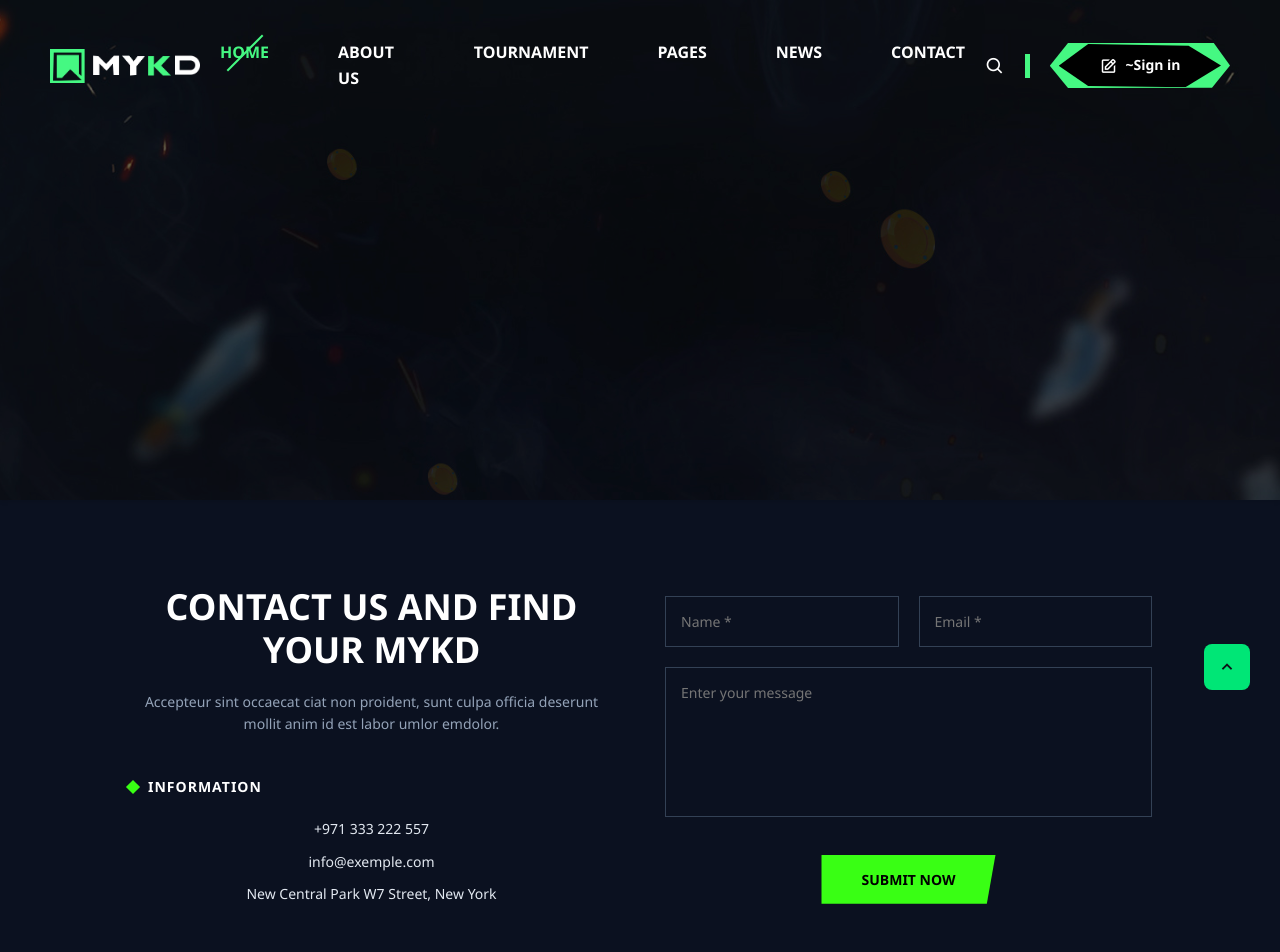
Repository: elfahl52/-MYKD-eSport-and-Gaming
Page: contact.html
An editor plug-in stored every save of this project. The page is shown before and after the next save, followed by the edit.
The browser window is 1280 px wide. The pictures show the part of the page from y = 0 to 952 px (the page is 1882 px tall).
Some web fonts or font styles are not loaded; a fallback is used.

Above is the page before, as saved 2026-06-11 08:16:21.

### contact.html
<!DOCTYPE html>
<html lang="en">

<head>
    <meta charset="UTF-8">
    <meta name="viewport" content="width=device-width, initial-scale=1.0">
    <title>Document</title>
    <!-- Preconnect for performance -->
    <link rel="preconnect" href="https://fonts.googleapis.com">
    <link rel="preconnect" href="https://fonts.gstatic.com" crossorigin>

    <!-- Fonts -->
    <link
        href="https://fonts.googleapis.com/css2?family=Barlow:ital,wght@0,100;0,200;0,300;0,400;0,500;0,600;0,700;0,800;0,900;1,100;1,200;1,300;1,400;1,500;1,600;1,700;1,800;1,900&family=Josefin+Sans:ital,wght@0,100..700;1,100..700&family=Poppins:wght@300;400;500;600;700&display=swap"
        rel="stylesheet">
    <link href="https://fonts.cdnfonts.com/css/berlin-sans-fb-demi" rel="stylesheet">

    <!-- Icons -->
    <link href='https://unpkg.com/boxicons@2.1.4/css/boxicons.min.css' rel='stylesheet'>
    <link rel="stylesheet" href="https://cdnjs.cloudflare.com/ajax/libs/font-awesome/6.5.1/css/all.min.css">

    <!-- Styles -->
    <link rel="stylesheet" href="css/style.css">
    <link rel="stylesheet" href="css/contact.css">
</head>

<body>


    <!-- start header -->
    <header>
        <!-- start nav -->
        <nav>
            <div class="logo">
                <img src="img/logo/logo.png" alt="Gaming Logo">
            </div>

            <ul class="nav-links">
                <li class="has-dropdown">
                    <a href="#" class="active">HOME</a>
                    <div class="dropDown">
                        <div>
                            <a href="#" class="active">
                                <article></article>
                                <span>HOME ONE</span>
                            </a>
                        </div>
                        <div>
                            <a href="#">
                                <article></article>
                                <span>HOME TWO</span>
                            </a>
                        </div>
                        <div>
                            <a href="#">
                                <article></article>
                                <span>HOME THREE</span>
                            </a>
                        </div>
                        <div>
                            <a href="#">
                                <article></article>
                                <span>HOME FOUR</span>
                            </a>
                        </div>
                        <div>
                            <a href="#">
                                <article></article>
                                <span>HOME FIVE</span>
                            </a>
                        </div>
                    </div>
                </li>
                <li class="has-dropdown">
                    <a href="#">ABOUT US</a>
                    <div class="dropDown">
                        <div>
                            <a href="#">
                                <article></article>
                                <span>ABOUT PAGE 1</span>
                            </a>
                        </div>
                        <div>
                            <a href="#">
                                <article></article>
                                <span>ABOUT PAGE 2</span>
                            </a>
                        </div>
                    </div>
                </li>
                <li class="has-dropdown">
                    <a href="#">TOURNAMENT</a>
                    <div class="dropDown">
                        <div>
                            <a href="#">
                                <article></article>
                                <span>TOURNAMENT</span>
                            </a>
                        </div>
                        <div>
                            <a href="#">
                                <article></article>
                                <span>TOURNAMENT SINGLE</span>
                            </a>
                        </div>
                    </div>
                </li>
                <li class="has-dropdown">
                    <a href="#">PAGES</a>
                    <div class="dropDown">
                        <div>
                            <a href="#">
                                <article></article>
                                <span>GAMING SHOP</span>
                            </a>
                        </div>
                        <div>
                            <a href="#">
                                <article></article>
                                <span>OUR SERVICES</span>
                            </a>
                        </div>
                        <div>
                            <a href="#">
                                <article></article>
                                <span>SERVICES DETAILS</span>
                            </a>
                        </div>
                        <div>
                            <a href="#">
                                <article></article>
                                <span>PLAYER DETAILS</span>
                            </a>
                        </div>
                        <div>
                            <a href="#">
                                <article></article>
                                <span>LOGIN</span>
                            </a>
                        </div>
                        <div>
                            <a href="#">
                                <article></article>
                                <span>SIGN UP</span>
                            </a>
                        </div>
                    </div>
                </li>
                <li class="has-dropdown">
                    <a href="#">NEWS</a>
                    <div class="dropDown">
                        <div>
                            <a href="#">
                                <article></article>
                                <span>OUR BLOG</span>
                            </a>
                        </div>
                        <div>
                            <a href="#">
                                <article></article>
                                <span>BLOG DETAILS</span>
                            </a>
                        </div>
                    </div>
                </li>
                <li><a href="#">CONTACT</a></li>
            </ul>

            <!-- ✅ الزراير على اليمين بس -->
            <div class="right-nav">
                <i class="bx bx-search" id="searchIcon" aria-label="Search"></i>
                <div class="nav-divider"></div>

                <!-- Sign In Button -->
                <div class="btn sign-in-btn">
                    <div>
                        <i class="bx bx-edit"></i>
                        <span>~Sign in</span>
                    </div>
                </div>



                <!-- Hamburger Menu -->
                <div class="hamburger" id="hamburger" aria-label="Toggle menu" aria-expanded="false">
                    <span></span>
                    <span></span>
                    <span></span>
                </div>
            </div>
        </nav>
        <!-- end nav -->

        <!-- Mobile Menu Overlay -->
        <div class="mobile-menu" id="mobileMenu">
            <div class="mobile-menu-header">
                <div class="mobile-logo">
                    <img src="img/logo/logo.png" alt="Gaming Logo">
                </div>
                <button class="close-menu" id="closeMenu" aria-label="Close menu">
                    <i class="bx bx-x"></i>
                </button>
            </div>

            <div class="mobile-menu-content">
                <ul class="mobile-nav-links">
                    <!-- HOME with dropdown -->
                    <li class="mobile-has-dropdown">
                        <a href="#" class="active">
                            <i class="bx bx-home"></i>
                            <span>HOME</span>
                            <i class="bx bx-chevron-down mobile-dropdown-toggle"></i>
                        </a>
                        <ul class="mobile-dropdown">
                            <li><a href="#" class="active">HOME ONE</a></li>
                            <li><a href="#">HOME TWO</a></li>
                            <li><a href="#">HOME THREE</a></li>
                            <li><a href="#">HOME FOUR</a></li>
                            <li><a href="#">HOME FIVE</a></li>
                        </ul>
                    </li>

                    <!-- ABOUT US with dropdown -->
                    <li class="mobile-has-dropdown">
                        <a href="#">
                            <i class="bx bx-user"></i>
                            <span>ABOUT US</span>
                            <i class="bx bx-chevron-down mobile-dropdown-toggle"></i>
                        </a>
                        <ul class="mobile-dropdown">
                            <li><a href="#">ABOUT PAGE 1</a></li>
                            <li><a href="#">ABOUT PAGE 2</a></li>
                        </ul>
                    </li>

                    <!-- TOURNAMENT with dropdown -->
                    <li class="mobile-has-dropdown">
                        <a href="#">
                            <i class="bx bx-trophy"></i>
                            <span>TOURNAMENT</span>
                            <i class="bx bx-chevron-down mobile-dropdown-toggle"></i>
                        </a>
                        <ul class="mobile-dropdown">
                            <li><a href="#">TOURNAMENT</a></li>
                            <li><a href="#">TOURNAMENT SINGLE</a></li>
                        </ul>
                    </li>

                    <!-- PAGES with dropdown -->
                    <li class="mobile-has-dropdown">
                        <a href="#">
                            <i class="bx bx-file"></i>
                            <span>PAGES</span>
                            <i class="bx bx-chevron-down mobile-dropdown-toggle"></i>
                        </a>
                        <ul class="mobile-dropdown">
                            <li><a href="#">GAMING SHOP</a></li>
                            <li><a href="#">OUR SERVICES</a></li>
                            <li><a href="#">SERVICES DETAILS</a></li>
                            <li><a href="#">PLAYER DETAILS</a></li>
                            <li><a href="#">LOGIN</a></li>
                            <li><a href="#">SIGN UP</a></li>
                            <li><a href="#">FORGET PASSWORD</a></li>
                            <li><a href="#">404 PAGE</a></li>
                            <!-- Contact Link in Dropdown -->
                            <li class="contact-item">
                                <a href="#contact" class="contact-link">
                                    <i class="bx bx-envelope"></i>
                                    <span>CONTACT US</span>
                                </a>
                            </li>
                        </ul>
                    </li>

                    <!-- NEWS with dropdown -->
                    <li class="mobile-has-dropdown">
                        <a href="#">
                            <i class="bx bx-news"></i>
                            <span>NEWS</span>
                            <i class="bx bx-chevron-down mobile-dropdown-toggle"></i>
                        </a>
                        <ul class="mobile-dropdown">
                            <li><a href="#">OUR BLOG</a></li>
                            <li><a href="#">BLOG DETAILS</a></li>
                        </ul>
                    </li>

                    <!-- CONTACT -->
                    <li>
                        <a href="#contact">
                            <i class="bx bx-envelope"></i>
                            <span>CONTACT</span>
                        </a>
                    </li>
                </ul>

                <!-- Mobile Actions -->
                <div class="mobile-actions">
                    <button class="mobile-search">
                        <i class="bx bx-search"></i>
                        <span>Search</span>
                    </button>
                    <button class="mobile-signin">
                        <i class="bx bx-edit"></i>
                        <span>Sign in</span>
                    </button>
                </div>

                <!-- Social Media -->
                <div class="mobile-social">
                    <h3>Follow Us</h3>
                    <div class="social-icons">
                        <a href="#" aria-label="Facebook"><i class="bx bxl-facebook"></i></a>
                        <a href="#" aria-label="Twitter"><i class="bx bxl-twitter"></i></a>
                        <a href="#" aria-label="Instagram"><i class="bx bxl-instagram"></i></a>
                        <a href="#" aria-label="YouTube"><i class="bx bxl-youtube"></i></a>
                        <a href="#" aria-label="Discord"><i class="bx bxl-discord"></i></a>
                        <a href="#" aria-label="Twitch"><i class="bx bxl-twitch"></i></a>
                    </div>
                </div>

                <!-- Contact Info -->
                <div class="mobile-contact-info">
                    <h3>Contact Info</h3>
                    <p><i class="bx bx-phone"></i> +1 234 567 890</p>
                    <p><i class="bx bx-envelope"></i> info@example.com</p>
                    <p><i class="bx bx-map"></i> 123 Gaming Street, City, Country</p>
                </div>
            </div>
        </div>

        <!-- Overlay for mobile menu -->
        <div class="mobile-overlay" id="mobileOverlay"></div>
    </header>
    <!-- end header -->

         <!-- القسم العلوي: المعلومات والنموذج -->
    <section class="contact-section">

        <!-- المعلومات -->
        <div class="contact-info">
            <h1>Contact Us And Find Your MYKD</h1>
            <p>
                Accepteur sint occaecat ciat non proident, sunt culpa officia deserunt mollit anim id est labor umlor emdolor.
            </p>

            <div class="info-header">
                <span class="diamond-icon"></span>
                INFORMATION
            </div>

            <ul class="details-list">
                <li>+971 333 222 557</li>
                <li>info@exemple.com</li>
                <li>New Central Park W7 Street, New York</li>
            </ul>
        </div>

        <!-- النموذج -->
        <form class="contact-form">
            <div class="form-row">
                <div class="input-group">
                    <input type="text" placeholder="Name *" required>
                </div>
                <div class="input-group">
                    <input type="email" placeholder="Email *" required>
                </div>
            </div>

            <textarea placeholder="Enter your message" required></textarea>

            <button type="submit" class="submit-btn">Submit Now</button>
        </form>

    </section>

    <!-- القسم السفلي: الخريطة -->
    <div class="map-container">
        <!-- تم استخدام خريطة نيويورك كمثال -->
        <iframe src="https://www.google.com/maps/embed?pb=!1m18!1m12!1m3!1d193595.15830869428!2d-74.119763973046!3d40.69766374874431!2m3!1f0!2f0!3f0!3m2!1i1024!2i768!4f13.1!3m3!1m2!1s0x89c24fa5d33f083b%3A0xc80b8f06e177fe62!2sNew%20York%2C%20NY%2C%20USA!5e0!3m2!1sen!2seg!4v1620000000000!5m2!1sen!2seg" allowfullscreen="" loading="lazy"></iframe>
    </div>

    <!-- start footer section -->
        <footer>
            <div class="container">
                <div class="footer-row">

                    <!-- Column 1: Logo & Info -->
                    <div class="footer-col-1">
                        <div class="footer-logo">
                            <div class="logo-icon">
                                <i class='bx bxs-image'></i>
                            </div>
                            <div class="logo-text">
                                <span class="my">MY</span><span class="kd">KD</span>
                            </div>
                        </div>
                        <p>Lorem ipsum dolor sit amet consectetur adipiscing. Duis sollicitudin augue euismod. Nulla ullam
                            dolor sit amet consectetur.</p>
                        <div class="active-with-us">
                            <span class="active">ACTIVE</span>
                            <span class="with-us">WITH US <i class='bx bx-chevrons-right'></i></span>
                        </div>
                        <div class="social-icons">
                            <a href="#" class="discord" aria-label="Discord"><img src="./img/icons/social_icon01.png"
                                    alt=""></a>
                            <a href="#" class="twitter" aria-label="Twitter"><img src="./img/icons/social_icon02.png"
                                    alt=""></a>
                            <a href="#" class="instagram" aria-label="Instagram"><img src="./img/icons/social_icon03.png"
                                    alt=""></a>
                            <a href="#" class="telegram" aria-label="Telegram"><img src="./img/icons/social_icon04.png"
                                    alt=""></a>
                        </div>
                    </div>

                    <!-- Column 2: Quick Link -->
                    <div class="footer-col">
                        <h3>Quick Link</h3>
                        <div class="footer-links">
                            <a href="#">Gaming</a>
                            <a href="#">Product</a>
                            <a href="#">All NFTs</a>
                            <a href="#">Social Network</a>
                            <a href="#">Domain Names</a>
                            <a href="#">Collectibles</a>
                        </div>
                    </div>

                    <!-- Column 3: Supports -->
                    <div class="footer-col">
                        <h3>Supports</h3>
                        <div class="footer-links">
                            <a href="#">Setting &amp; Privacy</a>
                            <a href="#">Help &amp; Support</a>
                            <a href="#">Live Auctions</a>
                            <a href="#">Item Details</a>
                            <a href="#">24/7 Supports</a>
                            <a href="#">Our News</a>
                        </div>
                    </div>

                    <!-- Column 4: Newsletter -->
                    <div class="footer-col footer-col-4">
                        <h3>Newsletter</h3>
                        <p>Subscribe our newsletter to get our latest update &amp; newsconsectetur</p>
                        <form class="newsletter-form" onsubmit="return false;">
                            <input type="email" placeholder="Your email address" aria-label="Email address">
                            <button type="submit" aria-label="Subscribe">
                                <i class='bx bx-right-arrow-alt'></i>
                            </button>
                        </form>
                    </div>

                </div>
            </div>

            <!-- Bottom Bar -->
            <div class="bottom-bar">
                <span class="copyright">
                    COPYRIGHT &copy; 2026 &ndash; ALL RIGHTS RESERVED BY <span class="mykd-green">Khaled Elfahl</span>
                </span>
                <div class="payment-icons">
                    <span class="pay-badge pay-paypal">PayPal</span>
                    <span class="pay-badge pay-ebay">eBay</span>
                    <span class="pay-badge pay-cirrus">Cirrus</span>
                    <span class="pay-badge pay-visa">VISA</span>
                    <span class="pay-badge pay-discover">DISCOVER</span>
                    <span class="pay-badge pay-mastercard">MasterCard</span>
                </div>
            </div>
        </footer>

    <!-- Scroll to Top -->
    <button class="scroll-top" onclick="window.scrollTo({top:0,behavior:'smooth'})" aria-label="Scroll to top">
        <i class='bx bx-chevron-up'></i>
    </button>

    <!-- end footer section -->
    <!-- js  -->
    <script src="js/main.js"></script>
</body>

</html>

### css/contact.css
* {
  font-family: "Segoe UI", Tahoma, Geneva, Verdana, sans-serif;
}

body {
  background-color: #0f172a;
  color: #ffffff;
}

 header {
  background: url("../img/bg/breadcrumb_bg01.jpg") no-repeat center center / cover;
  background-color: var(--header-overlay);
  background-blend-mode: overlay;
  box-shadow: 0 2px 4px rgba(0, 0, 0, 0.1);
  min-height: 500px;
  font-family: var(--heading-font);
  position: relative;
  overflow: hidden;
}
.contact-section {
  display: flex;
  flex-wrap: wrap;
  padding: 80px 10%;
  background-color: #0b1120;
  min-height: 500px;
  align-items: center;
  justify-content: space-between;
}


.contact-info {
  flex: 1;
  min-width: 300px;
  padding-right: 50px;
}

.contact-info h1 {
  font-size: 36px;
  font-weight: 700;
  margin-bottom: 20px;
  line-height: 1.2;
  text-transform: uppercase;
}

.contact-info p {
  color: #94a3b8;
  margin-bottom: 40px;
  line-height: 1.6;
  font-size: 14px;
}

.info-header {
  display: flex;
  align-items: center;
  margin-bottom: 20px;
  font-weight: bold;
  font-size: 14px;
  letter-spacing: 1px;
}

.diamond-icon {
  width: 10px;
  height: 10px;
  background-color: #39ff14;
  transform: rotate(45deg);
  margin-right: 10px;
  display: inline-block;
}

.details-list li {
  list-style: none;
  margin-bottom: 10px;
  font-size: 14px;
  color: #e2e8f0;
}

/*right side*/
.contact-form {
  flex: 1;
  min-width: 300px;
}

.form-row {
  display: flex;
  gap: 20px;
  margin-bottom: 20px;
}

.input-group {
  flex: 1;
  position: relative;
}

input,
textarea {
  width: 100%;
  background: transparent;
  border: 1px solid #334155;
  padding: 15px;
  color: white;
  font-size: 14px;
  outline: none;
  transition: 0.3s;
}

input:focus,
textarea:focus {
  border-color: #39ff14;
}

textarea {
  height: 150px;
  resize: none;
  margin-bottom: 30px;
}

/* button*/
.submit-btn {
  background-color: #39ff14;
  color: #000;
  border: none;
  padding: 15px 40px;
  font-weight: bold;
  font-size: 14px;
  cursor: pointer;
  text-transform: uppercase;
  clip-path: polygon(0 0, 100% 0, 95% 100%, 0% 100%);
  transition: 0.3s;
}

.submit-btn:hover {
  background-color: #2ecc71;
  transform: translateX(5px);
}

/* map*/
.map-container {
  width: 100%;
  height: 450px;
  background-color: #1e293b;
}

iframe {
  width: 100%;
  height: 100%;
  border: 0;
  filter: grayscale(100%) invert(92%) contrast(83%);
}

/* responsive*/
@media (max-width: 768px) {
  .contact-section {
    flex-direction: column;
    padding: 40px 5%;
  }
  .contact-info {
    padding-right: 0;
    margin-bottom: 40px;
  }
  .form-row {
    flex-direction: column;
    gap: 0;
  }
}

Loaded but not shown: js/main.js (141 lines, source omitted); css/style.css (3067 lines, source omitted)

After the next save:
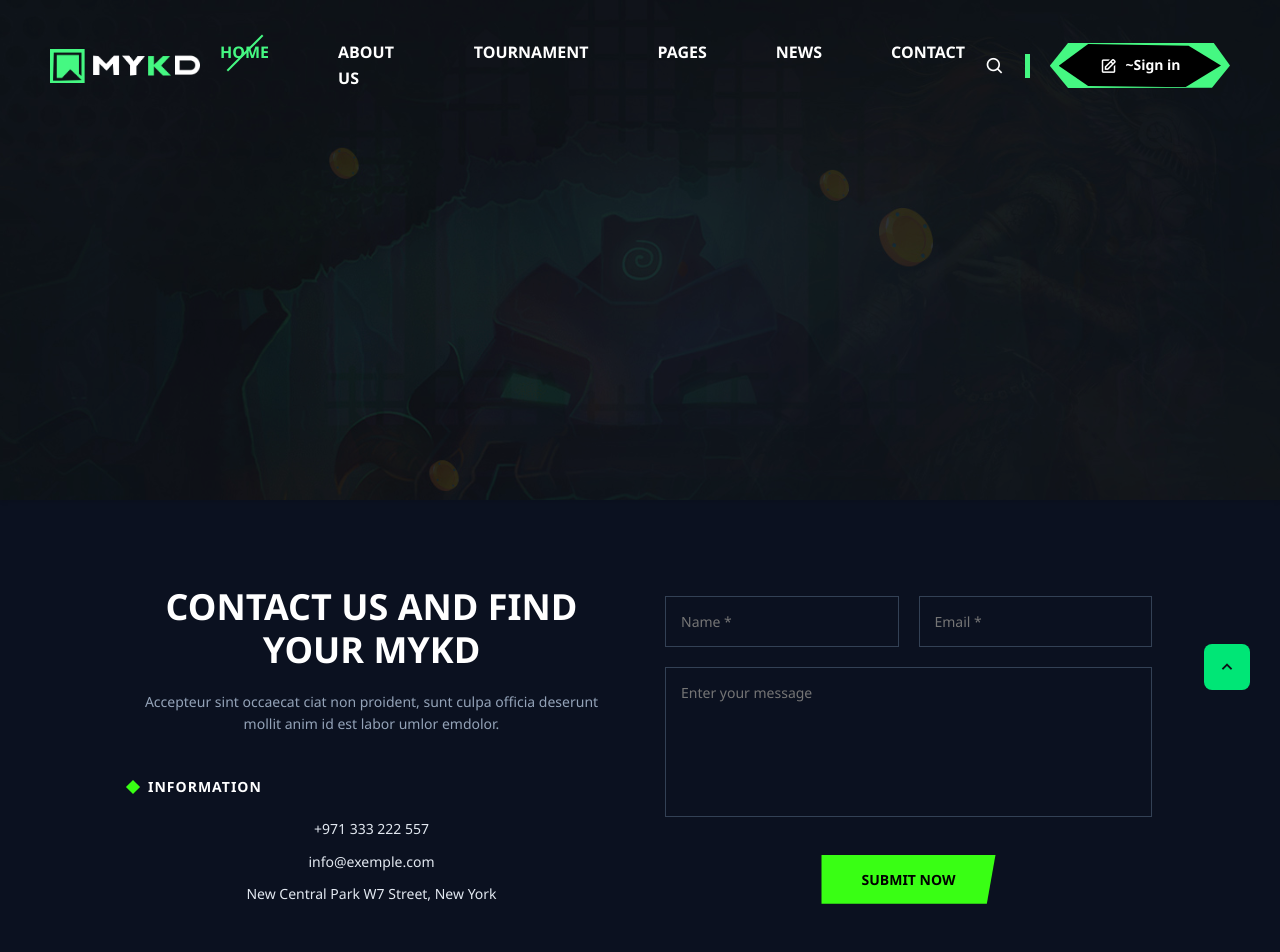
Saved 17 s later.
--- a/css/contact.css
+++ b/css/contact.css
@@ -8,7 +8,7 @@ body {
 }
 
  header {
-  background: url("../img/bg/breadcrumb_bg01.jpg") no-repeat center center / cover;
+  background: url("../img/bg/breadcrumb_bg02.jpg") no-repeat center center / cover;
   background-color: var(--header-overlay);
   background-blend-mode: overlay;
   box-shadow: 0 2px 4px rgba(0, 0, 0, 0.1);
